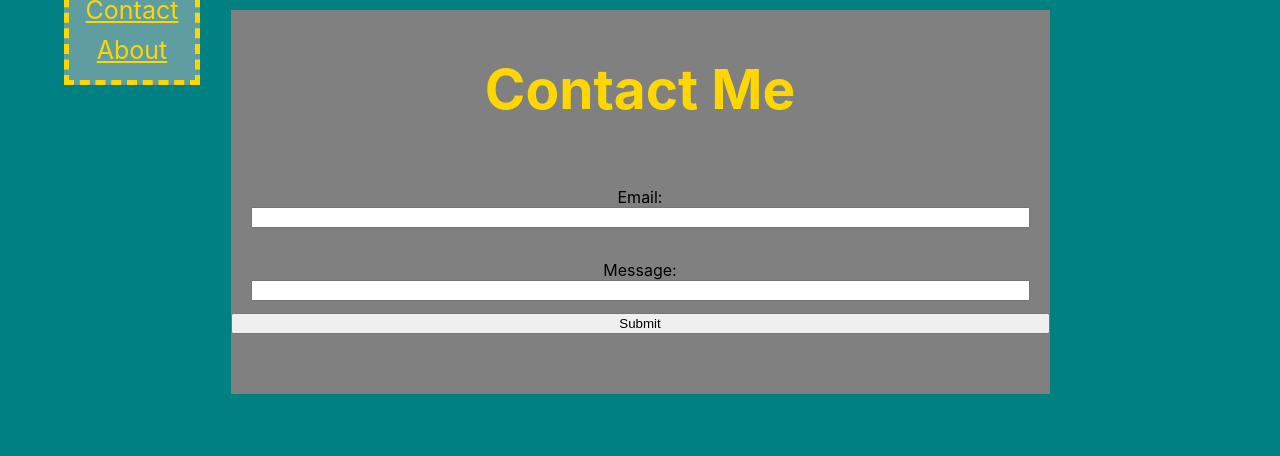
Repository: zeidalidiez/portfolioreact
Page: /Contact
The author's editor kept a copy of each file at every save. The page is drawn from the files as they stood at one save, then again after the next save.
The browser window is 1280 px wide. The pictures show the whole page.
The project was rebuilt for these pictures with package versions that can differ from the ones it lists, and the page was loaded fresh each time. Also part of the build but not shown: src/components/Thumbnail.js, src/components/Projects.js, src/components/About.js.

Above is the page before, as saved 2021-02-08 18:08:36.

After the next save:
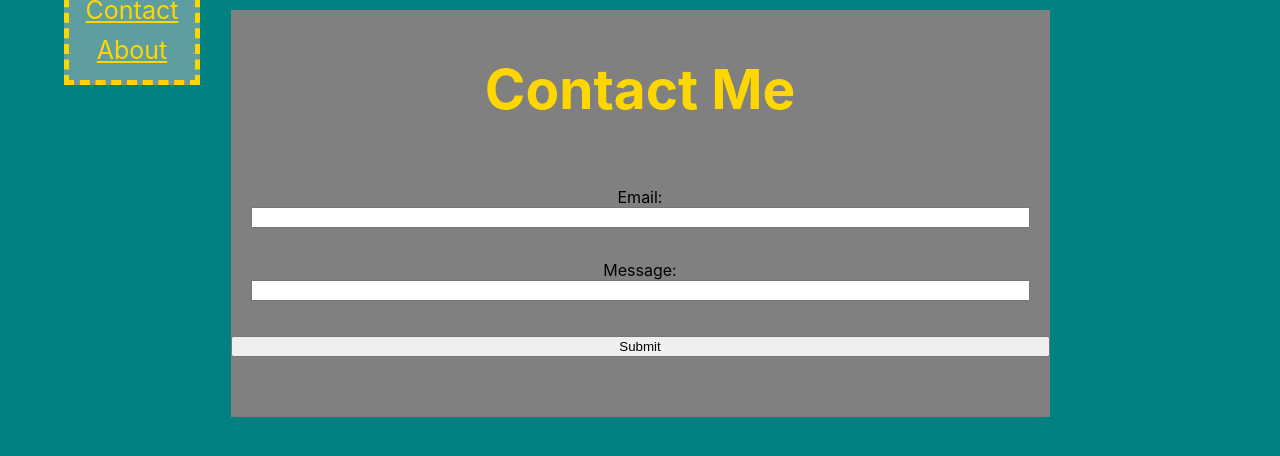
Saved 12 s later.
--- a/src/components/App.css
+++ b/src/components/App.css
@@ -115,6 +115,7 @@ form {
 .messageInput {
   width: 100%;
   padding: 12px 20px;
+  padding-bottom: 35px;
   box-sizing: border-box;
 }
 
